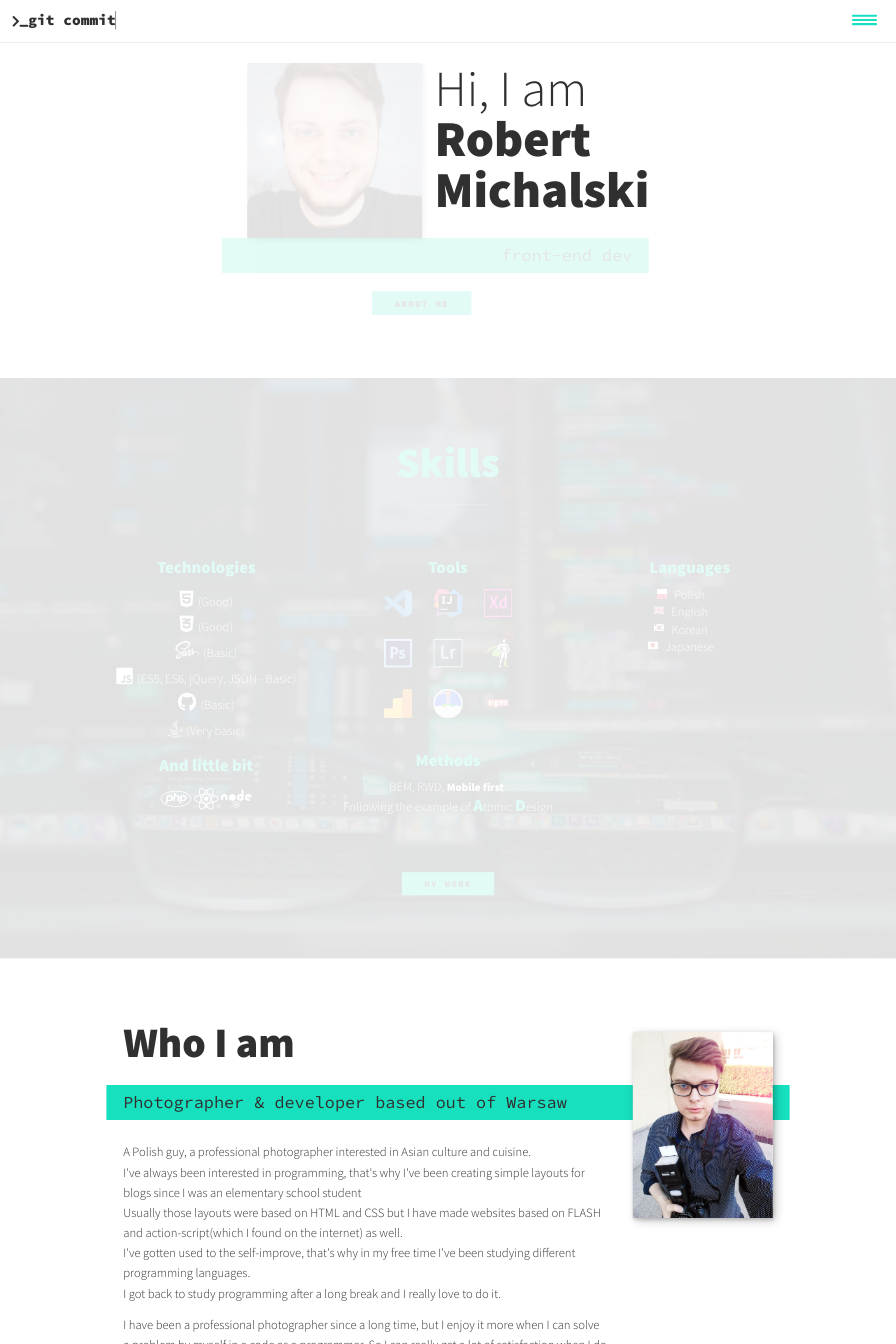
Repository: michalskirobert/michalskirobert.github.io
Page: index.html
The author's editor kept a copy of each file at every save. The page is drawn from the files as they stood at one save, then again after the next save.
The browser window is 1280 px wide. The pictures show the part of the page from y = 0 to 1920 px (the page is 4481 px tall before and 5036 px after), at 70% of full size.
Some web libraries are served in a nearby version.

Above is the page before, as saved 2020-11-09 20:26:54.
Console error: TypeError: Cannot read properties of null (reading 'addEventListener')

### index.html
<!DOCTYPE html>
<html lang="en">

<head>
    <meta charset="UTF-8">
    <meta name="viewport" content="width=device-width, initial-scale=1.0">
    <meta name="theme-color" content="#16e0bd" />
    <meta name="apple-mobile-web-app-status-bar-style" content="#16e0bd" />

    <title>Robert Michalski</title>
    <link rel="stylesheet" href="https://cdnjs.cloudflare.com/ajax/libs/normalize/7.0.0/normalize.min.css">
    <link rel="stylesheet" href="https://cdnjs.cloudflare.com/ajax/libs/font-awesome/5.11.2/css/all.css"
        integrity="sha256-46qynGAkLSFpVbEBog43gvNhfrOj+BmwXdxFgVK/Kvc=" crossorigin="anonymous" />

    <!-- Update these with your own fonts -->
    <link href="https://fonts.googleapis.com/css?family=Source+Code+Pro:400,900|Source+Sans+Pro:300,900&display=swap"
        rel="stylesheet">

    <link rel="stylesheet" href="css/style.css">

</head>

<body>
    <header>
        <div class="logo">
            <i class="fas fa-terminal"></i>
            <p class="name"></p>
        </div>
        <button class="nav-toggle" aria-label="toggle navigation">
            <span class="hamburger"></span>
        </button>
        <nav class="nav">
            <ul class="nav__list">
                <li class="nav__item"><a href="#home" class="nav__link">Home</a></li>
                <li class="nav__item"><a href="#skills" class="nav__link">My skills</a></li>
                <li class="nav__item"><a href="#about" class="nav__link">About me</a></li>
                <li class="nav__item"><a href="#work" class="nav__link">My Work</a></li>
                <li class="nav__item"><a href="#hire-me" class="nav__link">Hire me</a></li>
            </ul>
        </nav>
    </header>

    <!-- Introduction -->
    <section class="intro" id="home">
        <h1 class="section__title section__title--intro">
            Hi, I am <strong>Robert <br>
                Michalski</strong>
        </h1>
        <p class="section__subtitle section__subtitle--intro">front-end dev</p>
        <img src="img/dev-robert.jpg" alt="a picture of me with smile :)" class="intro__img">
        <div class="button__item">
            <a href="#about" class="btn">About me</a>
        </div>
    </section>


    <!-- My skills -->
    <section class="my-skills" id="skills">
        <h2 class="section__title section__title--skills">Skills</h2>
        <div class="skills">
            <div class="skill">
                <h3>Technologies</h3>
                <p><i class="fab fa-html5"></i>(Good)</p>
                <p><i class="fab fa-css3-alt"></i>(Good)</p>
                <p><i class="fab fa-sass"></i>(Basic)</p>
                <p><i class="fab fa-js-square"></i>(ES5, ES6, jQuery, JSON - Basic)</b>
                <p><i class="fab fa-github"></i>(Basic)</p>
                <p><i class="fab fa-java"></i>(Very basic)</p>
                <h3>And little bit</h3>
                <div class="skill__row">
                    <i class="fab fa-php"></i>
                    <i class="fab fa-react"></i>
                    <i class="fab fa-node"></i>
                </div>
            </div>
            <!-- / skill -->
            <div class="skill">
                <h3>Tools</h3>
                <div class="image__item">
                    <img src="./img/visual-studio-code-1.svg" alt="Visual Studio Code" />
                    <img src="./img/intellij-idea-1.svg" alt="Inteliji IDEA" />
                    <img src="./img/adobe-xd.svg" alt="Adobe Xd" />
                    <img src="./img/adobe-photoshop-cs6.svg" alt="Adobe Photoshop" />
                    <img src="./img/lightroom-cc.svg" alt="Adobe Lightroom" />
                    <img src="./img/gsap-greensock.svg" alt="GSAP" />
                    <img src="./img/google-analytics-3.svg" alt="Google Analytics" />
                    <img src="./img/google-lighthouse.svg" alt="Google Lighthouse" />
                    <img src="./img/Npm-01.svg" alt="NPM">
                </div>
                <h3>Methods</h3>
                <p>BEM, RWD, <b>Mobile first</b>.</p>
                <p>Following the example of <span>A</span>tomic <span>D</span>esign</p>
            </div>
            <!-- / skill -->
            <div class="skill">
                <h3>Languages</h3>
                <p>Polish</p>
                <p>English</p>
                <p>Korean</p>
                <p>Japanese</p>
            </div>
            <!-- / skill -->
        </div>
        <!-- / skills -->

        <a href="#work" class="btn">My Work</a>
    </section>


    <!-- About me -->
    <section class="about-me" id="about">
        <h2 class="section__title section__title--about">Who I am</h2>
        <p class="section__subtitle section__subtitle--about">Photographer & developer based out of Warsaw</p>

        <div class="about-me__body">
            <p>A Polish guy, a professional photographer interested in Asian culture and cuisine. <br>
                I've always been interested in programming, that's why I've been creating simple layouts for blogs since I
                was an elementary school student <br>
                Usually those layouts were based on HTML and CSS but I have made websites based on FLASH and action-script(which I found on the internet) as well. <br>
                I've gotten used to the self-improve, that's why in my free time I've been studying different programming languages. <br>
                I got back to study programming after a long break and I really love to do it.
            </p>
            <p>I have been a professional photographer since a long time, but I enjoy it more when I can solve a
                problem by myself in a
                code
                as a programmer. So I can really get a lot of satisfaction when I do something by myself then I can
                feel the progress I have done. Combining my abilities of photography and programming allows me to get a
                lot of inspiration and new ideas especially when I create a new website or a new API. </p>
        </div>
        <img src="img/dev-robert02.jpg" alt="Photographer Robert Michalski" class="about-me__img">

        <div class="portfolio-item-individual">
            <a href="cv_en.pdf" class="btn" target="_blank"><b><img src="./img/gb.svg" width="25px" height="25px"
                        style="float: left; margin-right: 10px;">CV</b></a>
            <a href="cv.pdf" class="btn" target="_blank"><b><img src="./img/pl.svg" width="25px" height="25px"
                        style="float: left; margin-right: 10px;">CV</b></a>
            <a href="#hire-me" class="btn">Hire me</a>
        </div>
    </section>

    <!-- My Work -->
    <section class="my-work" id="work">
        <h2 class="section__title section__title--work">My work</h2>
        <p class="section__subtitle section__subtitle--work">A selection of my range of work</p>
        <h3 class="section__title section__title--work">Front-end projects</h3>
        <div class="portfolio">
            <!-- Portfolio item 01 -->
            <div class="portfolio__item">
                <img src="img/portfolio-01.jpg" alt="Saro.website - Website for people studying Polish"
                    class="portfolio__img">
                <div class="describe__item">
                    <div class="describe">
                        <h3>SARO.website</h3>
                        <p>Website was made for people studying Polish</p>
                        <b>Used technologies:</b>
                        <div class="check__item">
                            <i class="fab fa-html5"></i>
                            <i class="fab fa-sass"></i>
                            <i class="fab fa-js-square"></i>
                            <i class="fab fa-php"></i>
                        </div>
                        <div class="check__item">
                            <i class="fab fa-github"></i>
                            <a href="https://github.com/michalskirobert/SARO-2.0.2" target="_blank"><b>Source
                                    code</b></a>
                        </div>
                        <div class="check__item">
                            <i class="fas fa-server"></i>
                            <a href="https://saro.website" target="_blank"><b>Live</b></a>
                        </div>
                    </div>
                </div>
            </div>

            <!-- Portfolio item 02 -->
            <div class="portfolio__item">
                <img src="img/portfolio-02.jpg" alt="La Table N - best finger foods in Japan" class="portfolio__img">
                <div class="describe__item">
                    <div class="describe">
                        <h3>La Table N</h3>
                        <p>Website made for Japanese teacher of finger foods</p>
                        <b>Used technologies:</b>
                        <div class="check__item">
                            <i class="fab fa-html5"></i>
                            <i class="fab fa-sass"></i>
                            <i class="fab fa-js-square"></i>
                            <i class="fab fa-php"></i>
                        </div>
                        <div class="check__item">
                            <i class="fab fa-github"></i>
                            <a href="https://github.com/michalskirobert/La-Table-N" target="_blank"><b>Source
                                    code</b></a>
                        </div>
                        <div class="check__item">
                            <i class="fas fa-server"></i>
                            <a href="http://latablen.saro.website" target="_blank"><b>Live</b></a>
                        </div>
                    </div>
                </div>
            </div>

            <!-- Portfolio item 03 -->
            <div class="portfolio__item">
                <img src="img/portfolio-03.jpg" alt="Korean drama" class="portfolio__img">
                <div class="describe__item">
                    <div class="discribe">
                        <h3>Korean Drama-web</h3>
                        <p>Website about Korean dramas</p>
                        <b>Used technologies:</b>
                        <div class="check__item">
                            <i class="fab fa-html5"></i>
                            <i class="fab fa-css3-alt"></i>
                            <i class="fab fa-js-square"></i>
                        </div>
                    </div>
                    <div class="check__item">
                        <a href="https://github.com/michalskirobert/K-drama-website"><i class="fab fa-github"></i>
                            <b>Source code</b></a>
                    </div>
                    <div class="check__item">
                        <a href="https://michalskirobert.github.io/portfolio/website/01/index.html"><i
                                class="fas fa-server"></i>
                            <b>Live</b></a>
                    </div>
                </div>
            </div>
        </div>
        <h3 class="section__title section__title--work">API porftolio</h3>
        <div class="portfolio">
            <div class="portfolio__item">
                <img src="img/portfolio__api-01.jpg" alt="Report API by Robert Michalski" class="portfolio__img">
                <div class="describe__item">
                    <div class="describe">
                        <h3>Report.JS</h3>
                        <p>Api to get infromations about bugs</p>
                        <b>Used technologies:</b>
                        <div class="check__item">
                            <i class="fab fa-html5"></i>
                            <i class="fab fa-sass"></i>
                            <i class="fab fa-js-square"></i>
                            <i class="fab fa-php"></i>
                        </div>
                        <div class="check__item">
                            <a href="https://github.com/michalskirobert/report-JS" target="_blank"><i
                                    class="fab fa-github"></i>
                                <b>Source code</b></a>
                        </div>
                        <div class="check__item">
                            <a href="https://michalskirobert.github.io/portfolio/api/01/index.html" target="_blank"><i
                                    class="fas fa-server"></i>
                                <b>Live</b></a>
                        </div>
                    </div>
                </div>
            </div>

            <div class="portfolio__item">
                <img src="img/portfolio__api-02.jpg" alt="Polish Name checker by Robert Michalski"
                    class="portfolio__img">
                <div class="describe__item">
                    <div class="describe">
                        <h3>Polish name Checker API</h3>
                        <p>I've created this API for people who are confused with Polish names</p>
                        <b>Used technologies:</b>
                        <div class="check__item">
                            <i class="fab fa-html5"></i>
                            <i class="fab fa-css3-alt"></i>
                            <i class="fab fa-js-square"></i>
                        </div>
                        <div class="check__item">
                            <a href="https://github.com/michalskirobert/Polish-name-checker-1.0.0" target="_blank"><i
                                    class="fab fa-github"></i>
                                <b>Source code</b></a>
                        </div>
                        <div class="check__item">
                            <a href="https://michalskirobert.github.io/portfolio/api/02/index.html" target="_blank"><i
                                    class="fas fa-server"></i>
                                <b>Live</b></a>
                        </div>
                    </div>
                </div>
            </div>
        </div>
    </section>

    <!-- Hire me -->
    <section class="hire-me" id="hire-me">
        <h2 class="section__title section__title--hireMe">Hire me</h2>
        <p class="section__subtitle section__subtitle--hireMe">Contact infomation</p>

        <div class="hire-me__body">
            <p>I would love to work remotely or work in the office based in Warsaw <br>
                My dream is having a work that I can improve and expand my programming abilities and myself in
                front-end.
            </p>
            <p>I would love to learn more about Node.JS, React.JS and even PHP - for me if I can understand more
                back-end then I can be a really good as a front-end developer
            </p>
            <form action="https://formspree.io/f/moqpdypa" method="POST">
                <h3>Contact</h3>
                <input placeholder="Name or company name" type="text" id="name" name="name" value="" required>
                <input placeholder="Email" type="email" id="email" name="email"
                    onblur="this.setAttribute('value', this.value);" value="" required>
                <textarea placeholder="Message" rows="1" id="msg" name="message" required></textarea>
                <button type="submit">Send</button>
            </form>
        </div>
        <img src="img/contact.jpg" alt="Warsaw" class="about-me__img">
    </section>

    <!-- Footer -->
    <footer class="footer">
        <a href="mailto:robertxmichalskio@gmail.com" class="footer__link">robertxmichalskio@gmail.com</a>
        <ul class="social-list">
            <!-- <li class="social-list__item">
                <a class="social-list__link" href="https://codepen.io">
                    <i class="fab fa-codepen"></i>
                </a>
            </li> -->
            <li class="social-list__item">
                <a class="social-list__link" href="https://www.linkedin.com/in/robert-michalski-3792641b3/"
                    target="_blank">
                    <i class="fab fa-linkedin"></i>
                </a>
            </li>
            <li class="social-list__item">
                <a class="social-list__link" href="https://www.facebook.com/oresamashikou/" target="_blank">
                    <i class="fab fa-facebook-square"></i>
                </a>
            </li>
            <li class="social-list__item">
                <a class="social-list__link" href="https://github.com/michalskirobert" target="_blank">
                    <i class="fab fa-github"></i>
                </a>
            </li>
        </ul>
    </footer>
    <div class="intro-slider">
        <div class="intro-text">
            <h2 class="hide">
                <span class="text">ロバート</span>
            </h2>
            <h2 class="hide">
                <span class="text">フロントエンド開発者</span>
            </h2>
            <h2 class="hide">
                <span class="text">ようこそ</span>
            </h2>
        </div>
    </div>
    <div class="slider"></div>
    <script src="https://ajax.googleapis.com/ajax/libs/jquery/3.5.1/jquery.min.js"></script>
    <script src="https://cdnjs.cloudflare.com/ajax/libs/gsap/3.5.1/gsap.min.js"
        integrity="sha512-IQLehpLoVS4fNzl7IfH8Iowfm5+RiMGtHykgZJl9AWMgqx0AmJ6cRWcB+GaGVtIsnC4voMfm8f2vwtY+6oPjpQ=="
        crossorigin="anonymous"></script>
    <script src="https://cdnjs.cloudflare.com/ajax/libs/gsap/3.4.2/ScrollTrigger.min.js"></script>
    <script src="https://formspree.io/js/formbutton-v1.min.js" defer></script>
    <script>
        window.formbutton = window.formbutton || function () { (formbutton.q = formbutton.q || []).push(arguments) };
        formbutton("create", { action: "https://formspree.io/f/moqpdypa" })
    </script>
    <script src="js/index.js"></script>
    <script src="js/animations.js"></script>
    <script src="js/mail.js"></script>
</body>

</html>

Loaded but not shown: js/animations.js (63 lines, source omitted); js/mail.js (45 lines, source omitted); js/index.js (15 lines, source omitted); css/style.css (1032 lines, source omitted); css/reset.css (45 lines, source omitted)

After the next save:
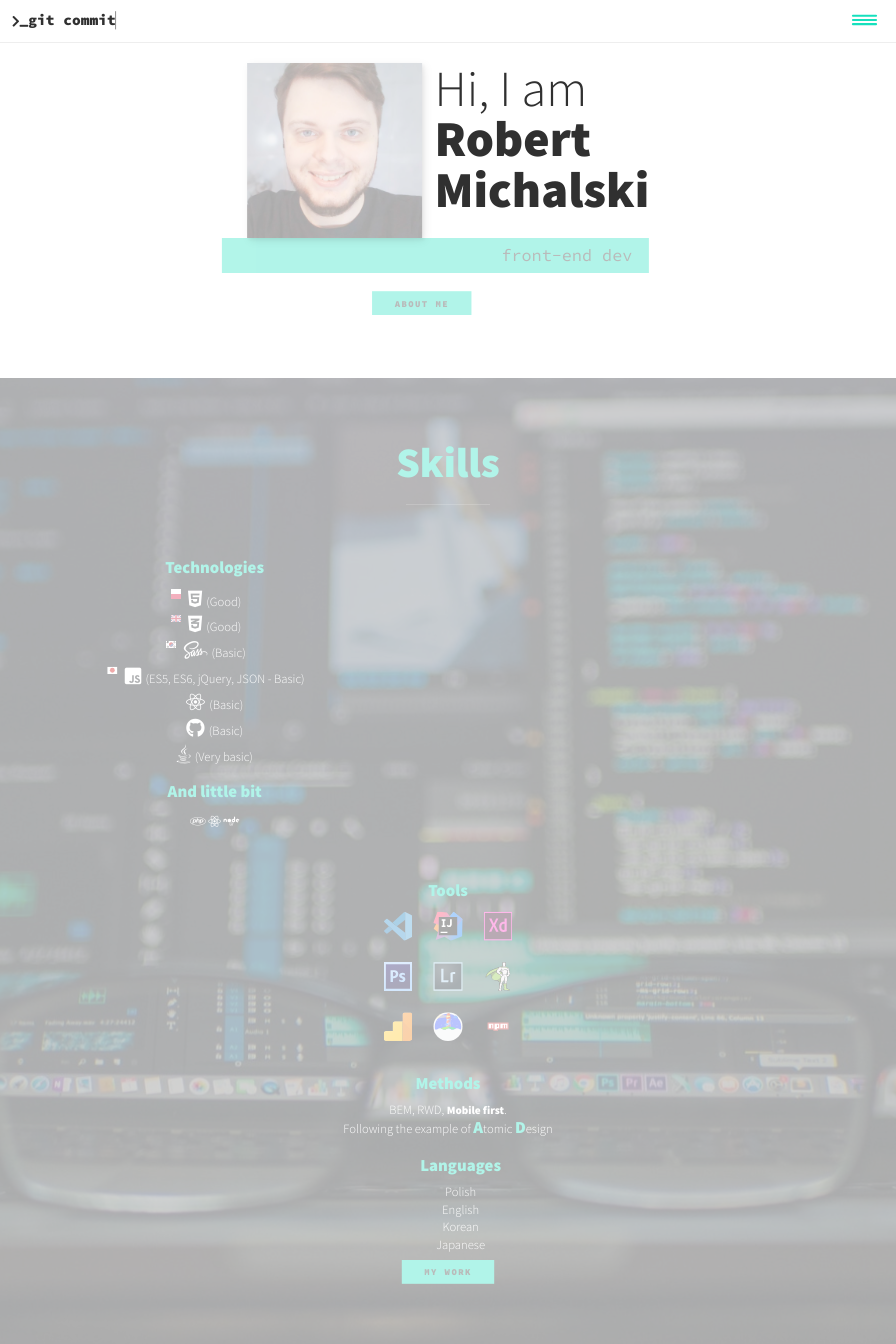
Saved 3 days later.
--- a/index.html
+++ b/index.html
@@ -64,42 +64,42 @@
                 <p><i class="fab fa-css3-alt"></i>(Good)</p>
                 <p><i class="fab fa-sass"></i>(Basic)</p>
                 <p><i class="fab fa-js-square"></i>(ES5, ES6, jQuery, JSON - Basic)</b>
+                <p><i class="fab fa-react"></i>(Basic)</p>
                 <p><i class="fab fa-github"></i>(Basic)</p>
                 <p><i class="fab fa-java"></i>(Very basic)</p>
                 <h3>And little bit</h3>
-                <div class="skill__row">
-                    <i class="fab fa-php"></i>
-                    <i class="fab fa-react"></i>
-                    <i class="fab fa-node"></i>
-                </div>
-            </div>
-            <!-- / skill -->
-            <div class="skill">
-                <h3>Tools</h3>
-                <div class="image__item">
-                    <img src="./img/visual-studio-code-1.svg" alt="Visual Studio Code" />
-                    <img src="./img/intellij-idea-1.svg" alt="Inteliji IDEA" />
-                    <img src="./img/adobe-xd.svg" alt="Adobe Xd" />
-                    <img src="./img/adobe-photoshop-cs6.svg" alt="Adobe Photoshop" />
-                    <img src="./img/lightroom-cc.svg" alt="Adobe Lightroom" />
-                    <img src="./img/gsap-greensock.svg" alt="GSAP" />
-                    <img src="./img/google-analytics-3.svg" alt="Google Analytics" />
-                    <img src="./img/google-lighthouse.svg" alt="Google Lighthouse" />
-                    <img src="./img/Npm-01.svg" alt="NPM">
-                </div>
-                <h3>Methods</h3>
-                <p>BEM, RWD, <b>Mobile first</b>.</p>
-                <p>Following the example of <span>A</span>tomic <span>D</span>esign</p>
-            </div>
-            <!-- / skill -->
-            <div class="skill">
-                <h3>Languages</h3>
-                <p>Polish</p>
-                <p>English</p>
-                <p>Korean</p>
-                <p>Japanese</p>
-            </div>
-            <!-- / skill -->
+                <i class="fab fa-php"></i>
+                <i class="fab fa-react"></i>
+                <i class="fab fa-node"></i>
+            </div>
+        </div>
+        <!-- / skill -->
+        <div class="skill">
+            <h3>Tools</h3>
+            <div class="image__item">
+                <img src="./img/visual-studio-code-1.svg" alt="Visual Studio Code" />
+                <img src="./img/intellij-idea-1.svg" alt="Inteliji IDEA" />
+                <img src="./img/adobe-xd.svg" alt="Adobe Xd" />
+                <img src="./img/adobe-photoshop-cs6.svg" alt="Adobe Photoshop" />
+                <img src="./img/lightroom-cc.svg" alt="Adobe Lightroom" />
+                <img src="./img/gsap-greensock.svg" alt="GSAP" />
+                <img src="./img/google-analytics-3.svg" alt="Google Analytics" />
+                <img src="./img/google-lighthouse.svg" alt="Google Lighthouse" />
+                <img src="./img/Npm-01.svg" alt="NPM">
+            </div>
+            <h3>Methods</h3>
+            <p>BEM, RWD, <b>Mobile first</b>.</p>
+            <p>Following the example of <span>A</span>tomic <span>D</span>esign</p>
+        </div>
+        <!-- / skill -->
+        <div class="skill">
+            <h3>Languages</h3>
+            <p>Polish</p>
+            <p>English</p>
+            <p>Korean</p>
+            <p>Japanese</p>
+        </div>
+        <!-- / skill -->
         </div>
         <!-- / skills -->
 
@@ -114,10 +114,13 @@
 
         <div class="about-me__body">
             <p>A Polish guy, a professional photographer interested in Asian culture and cuisine. <br>
-                I've always been interested in programming, that's why I've been creating simple layouts for blogs since I
+                I've always been interested in programming, that's why I've been creating simple layouts for blogs since
+                I
                 was an elementary school student <br>
-                Usually those layouts were based on HTML and CSS but I have made websites based on FLASH and action-script(which I found on the internet) as well. <br>
-                I've gotten used to the self-improve, that's why in my free time I've been studying different programming languages. <br>
+                Usually those layouts were based on HTML and CSS but I have made websites based on FLASH and
+                action-script(which I found on the internet) as well. <br>
+                I've gotten used to the self-improve, that's why in my free time I've been studying different
+                programming languages. <br>
                 I got back to study programming after a long break and I really love to do it.
             </p>
             <p>I have been a professional photographer since a long time, but I enjoy it more when I can solve a
